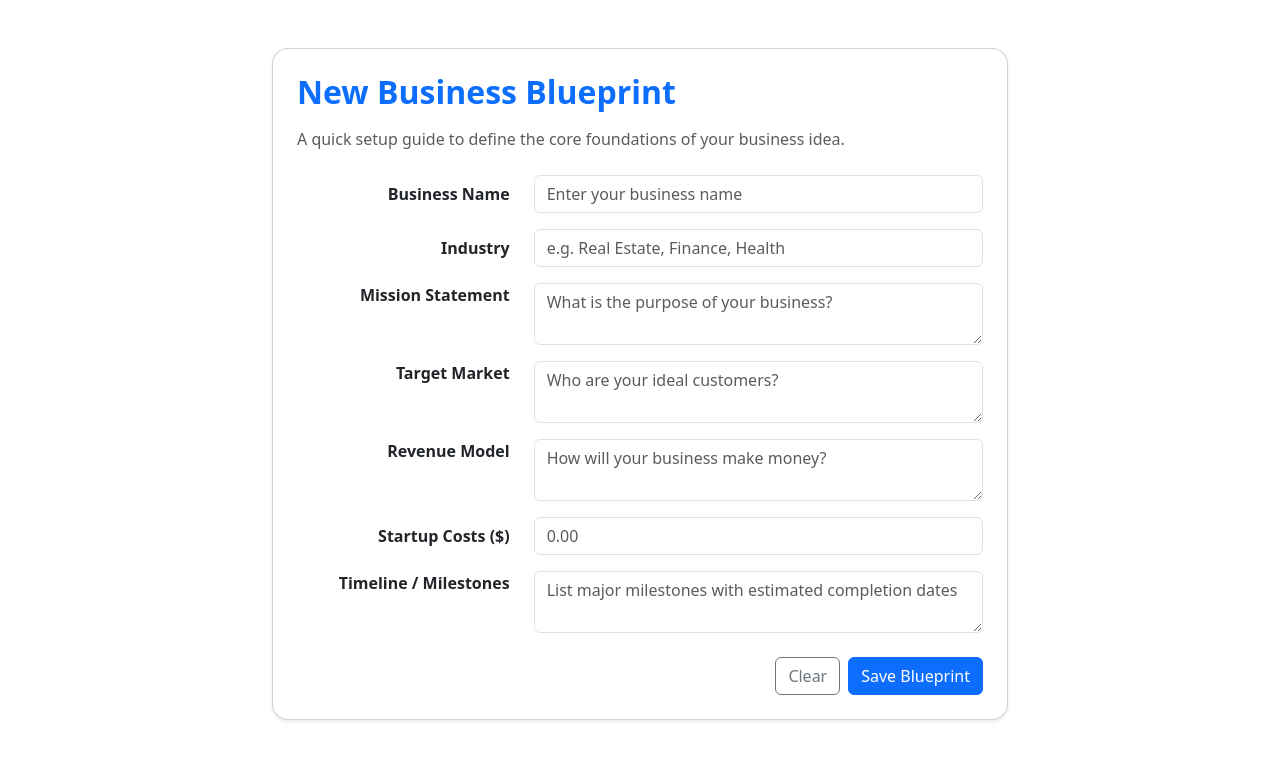
Repository: tonym642/bizcore360-wp
Page: pages/new-business-blueprint.html
The author's editor kept a copy of each file at every save. The page is drawn from the files as they stood at one save, then again after the next save.
The browser window is 1280 px wide. The pictures show the whole page.

Above is the page before, as saved 2025-10-22 15:06:01.

After the next save:
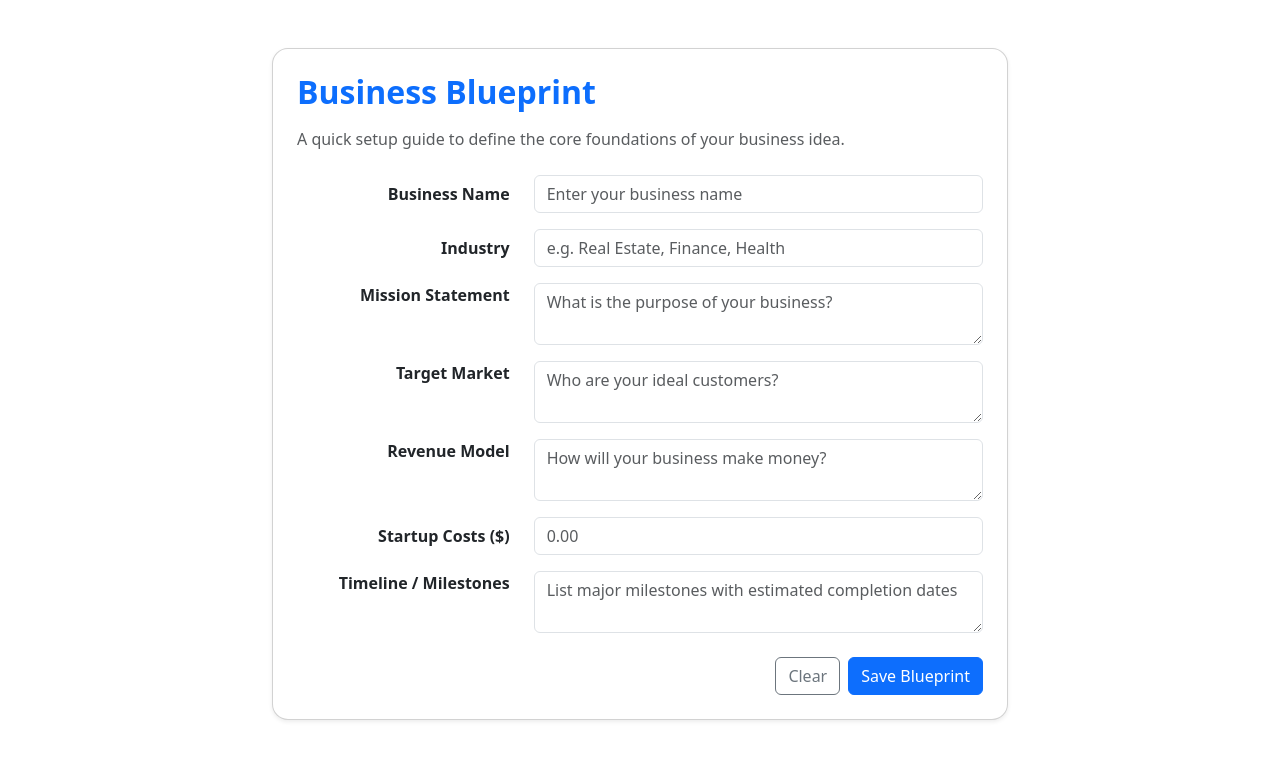
Saved 3 min 25 s later.
--- a/pages/new-business-blueprint.html
+++ b/pages/new-business-blueprint.html
@@ -4,7 +4,7 @@
 <head>
   <meta charset="UTF-8">
   <meta name="viewport" content="width=device-width, initial-scale=1.0">
-  <title>New Business Blueprint</title>
+  <title>Business Blueprint</title>
   <link href="https://cdn.jsdelivr.net/npm/bootstrap@5.3.2/dist/css/bootstrap.min.css" rel="stylesheet">
   <link href="../assets/css/style.css" rel="stylesheet">
 </head>
@@ -13,7 +13,7 @@
     <div class="row justify-content-center">
       <div class="col-lg-8">
         <div class="card shadow-sm p-4 rounded-4" id="newBusinessBlueprintCard">
-          <h2 class="mb-3 fw-bold text-primary">New Business Blueprint</h2>
+          <h2 class="mb-3 fw-bold text-primary">Business Blueprint</h2>
           <p class="text-muted mb-4">A quick setup guide to define the core foundations of your business idea.</p>
           <form id="businessBlueprintForm" class="needs-validation" novalidate>
             <div class="row mb-3 flex-row align-items-center">
